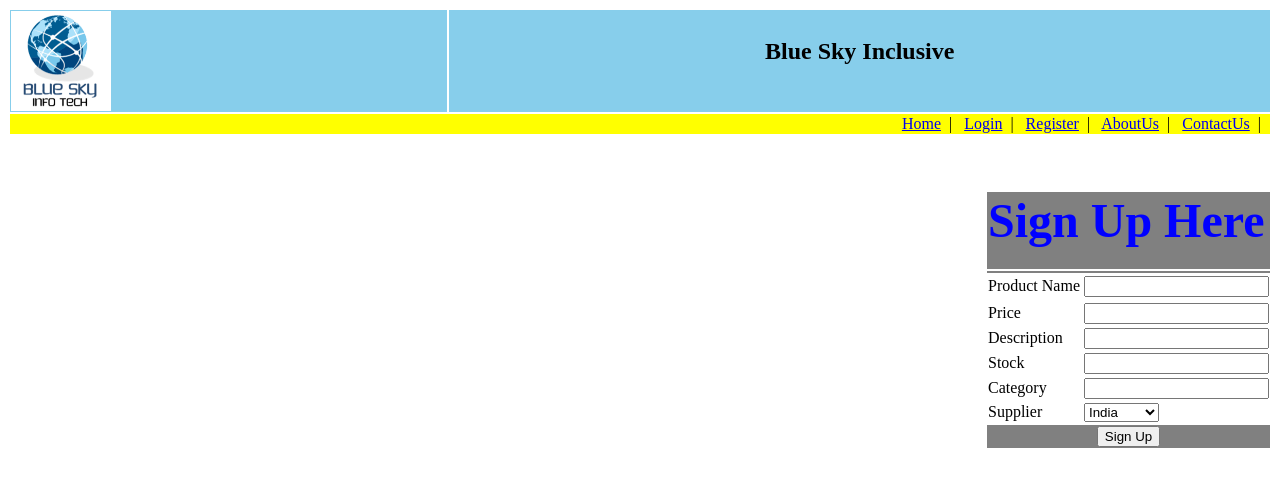
Repository: aishwaryaR16/Term-2-Project
Page: http://localhost/WebDemo/Product.jsp
The author's editor kept a copy of each file at every save. The page is drawn from the files as they stood at one save, then again after the next save.
The browser window is 1280 px wide. The pictures show the whole page.
The page is served by Tomcat 9.

Above is the page before, as saved 2020-11-19 16:42:13.

After the next save:
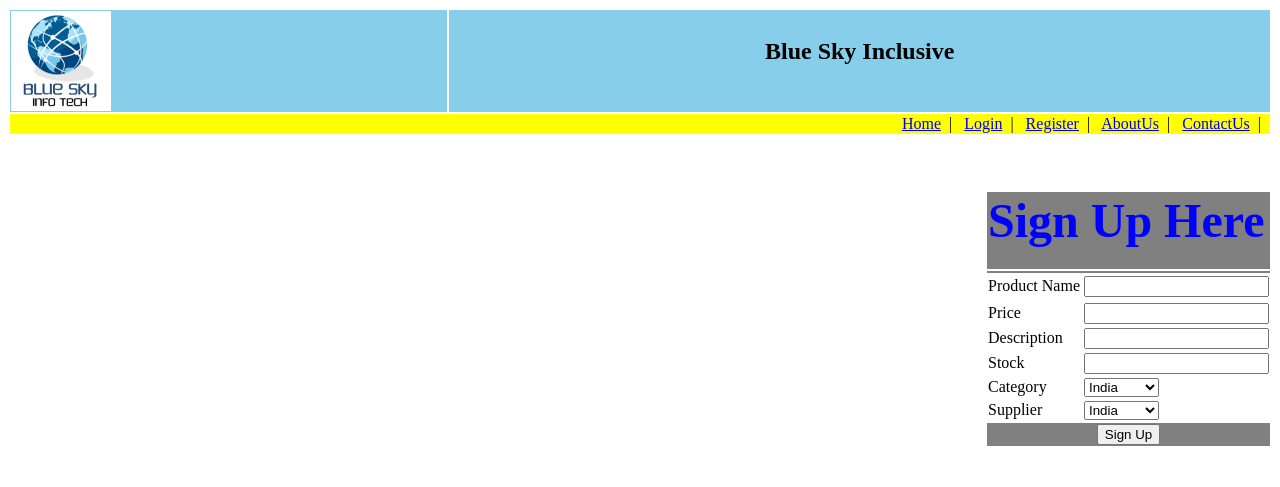
Saved 39 s later.
--- a/eclipse-workspace1/WebDemo/WebContent/Product.jsp
+++ b/eclipse-workspace1/WebDemo/WebContent/Product.jsp
@@ -48,7 +48,13 @@
 
 <tr>
 <td>Category</td>
-<td> <input type="text" name="category" required/></td>
+
+<td><select name="country">
+<option value="India">India</option>
+<option value="SriLanka">SriLanka</option>
+<option value="Australia">Australia</option>
+<option value="USA">USA</option>
+</select></td>
 </tr>
 
 <tr>
